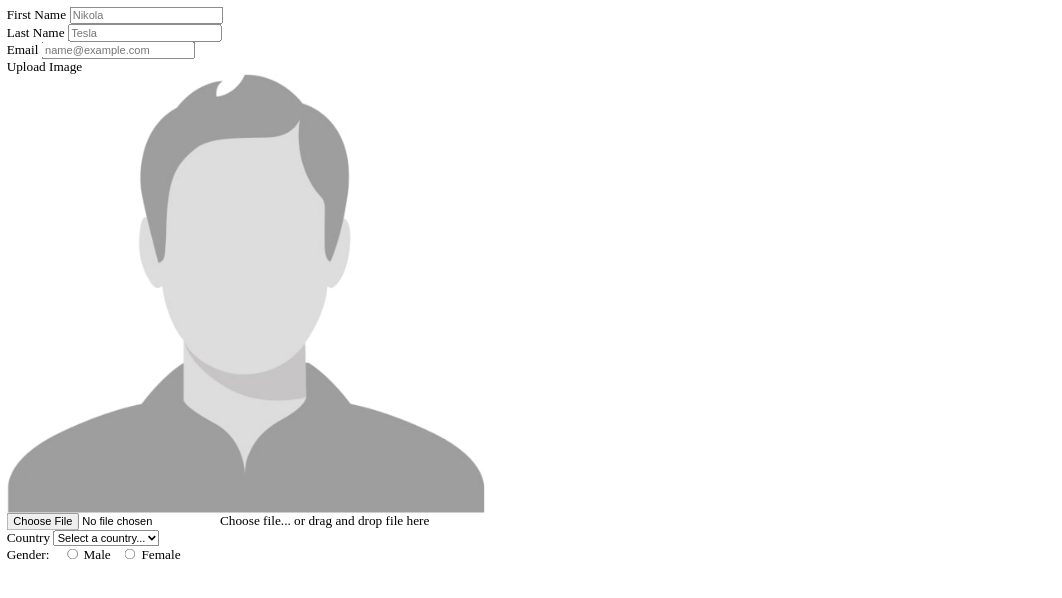
Repository: Rot72/PDO-AJAX
Page: http://localhost/fields.php
The author's editor kept a copy of each file at every save. The page is drawn from the files as they stood at one save, then again after the next save.
The browser window is 1280 px wide. The pictures show the whole page, at 83% of full size.
The page is run by PHP 8.4 with error messages shown; the project is at /var/www/html/.

Above is the page before, as saved 2024-07-17 20:17:26.

### fields.php
<div class="row mb-3">
    <div class="col">
    <label class="form-label">First Name</label>
    <input type="text" class="form-control" name="first_name" placeholder="Nikola">
    </div>
    <div class="col">
    <label class="form-label">Last Name</label>
    <input type="text" class="form-control" name="last_name" placeholder="Tesla">
    </div>
</div>
<div class="mb-3">
    <label class="form-label">Email</label>
    <input type="email" class="form-control" name="email" placeholder="name@example.com">
</div>
<div class="row mb-3">
    <label class="form-label">Upload Image</label>
    <div class="col-2">
    <img class="preview_img" src="images/default_profile.jpg">
    </div>
    <div class="col-10">
    <div class="file-upload text-secondary">
        <input type="file" class="image" name="image" accept="image/*">
        <span class="fs-4 fw-2">Choose file...</span>
        <span>or drag and drop file here</span>
    </div>
    </div>
</div>
<div class="mb-3">
    <label class="form-label">Country</label>
    <select name="country" class="form-control country-select">
    <option value="">Select a country...</option>
    </select>
</div>
<div class="form-group mb-3">
    <label class="form-label">Gender:</label>
    &nbsp;&nbsp;
    <input type="radio" class="form-check-input" name="gender" value="male">
    <label class="form-input-label">Male</label>
    &nbsp;
    <input type="radio" class="form-check-input" name="gender" value="female">
    <label class="form-input-label">Female</label>
</div>

After the next save:
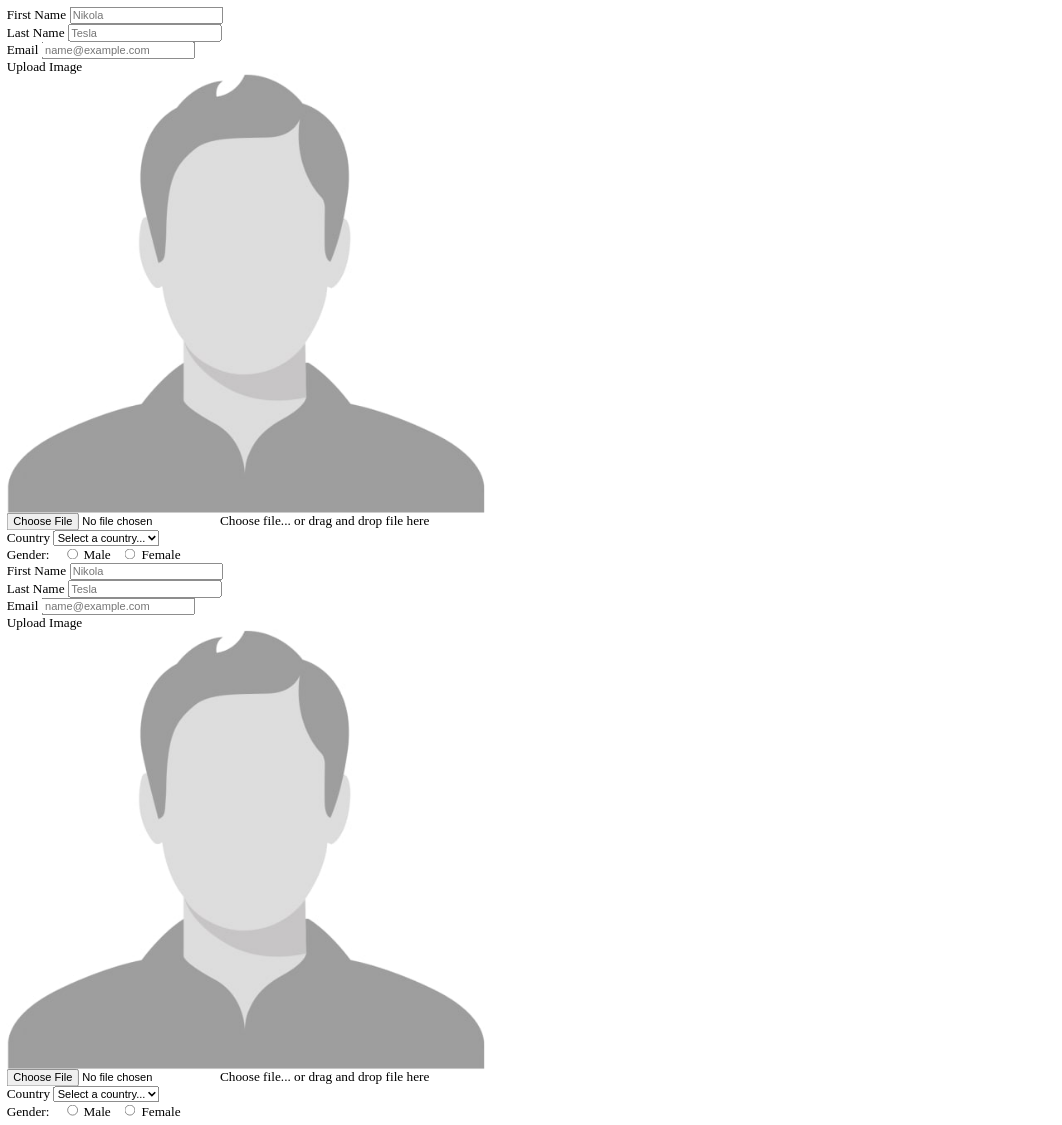
Saved 4 s later.
--- a/fields.php
+++ b/fields.php
@@ -40,3 +40,48 @@
     <input type="radio" class="form-check-input" name="gender" value="female">
     <label class="form-input-label">Female</label>
 </div>
+
+
+<div class="row mb-3">
+          <div class="col">
+            <label class="form-label">First Name</label>
+            <input type="text" class="form-control" name="first_name" placeholder="Nikola">
+          </div>
+          <div class="col">
+            <label class="form-label">Last Name</label>
+            <input type="text" class="form-control" name="last_name" placeholder="Tesla">
+          </div>
+        </div>
+        <div class="mb-3">
+          <label class="form-label">Email</label>
+          <input type="email" class="form-control" name="email" placeholder="name@example.com">
+        </div>
+        <div class="row mb-3">
+          <label class="form-label">Upload Image</label>
+          <div class="col-2">
+            <img class="preview_img" src="images/default_profile.jpg">
+          </div>
+          <div class="col-10">
+            <div class="file-upload text-secondary">
+              <input type="file" class="image" name="image" accept="image/*">
+              <input type="hidden" name="image_old" id="image_old">
+              <span class="fs-4 fw-2">Choose file...</span>
+              <span>or drag and drop file here</span>
+            </div>
+          </div>
+        </div>
+        <div class="mb-3">
+          <label class="form-label">Country</label>
+          <select name="country" class="form-control">
+            <option value="">Select a country...</option>
+          </select>
+        </div>
+        <div class="form-group mb-3">
+          <label class="form-label">Gender:</label>
+          &nbsp;&nbsp;
+          <input type="radio" class="form-check-input" name="gender" value="male">
+          <label class="form-input-label">Male</label>
+          &nbsp;
+          <input type="radio" class="form-check-input" name="gender" value="female">
+          <label class="form-input-label">Female</label>
+        </div>
